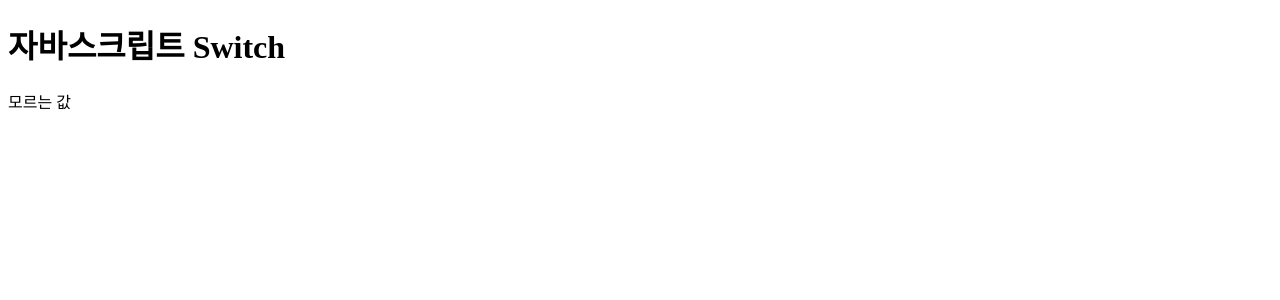
Repository: XenosJM/WEB_CODES
Page: Web03_JavaScript/src/main/webapp/WEB-INF/06_switch.html
These files come from the project's save history. The page is drawn as it stood at one moment and after the next save; the edit follows.
The browser window is 1280 px wide. The pictures show the whole page.

Above is the page before, as saved 2024-03-20 05:19:34.

### Web03_JavaScript/src/main/webapp/WEB-INF/06_switch.html
<!DOCTYPE html>
<html>
<head>
<meta charset="UTF-8">
<title>Switch</title>
</head>
<body>
	<h1>자바스크립트 Switch</h1>
	<div id="output"></div>

	<script type="text/javascript">
		// * 자바스크립트의 switch문 사용
		// - 자바스크립트는 숫자 타입을 정수/실수로 구분하지 않음
		// - 실수 타입도 switch-case 구문에서 사용할 수 있음
		// - 자바는 실수 타입을 switch-case 구문에서 사용할 수 없음
		let output = document.getElementById('output');

		let x = '2';
		// switch-case 문에서는 형 변황하여 비교하지 않음
		switch (x) {
		case 1:
			output.innerHTML += '하나<br>';
			break;
		case 2:
			output.innerHTML += '둘<br>';
			break;
		default:
			output.innerHTML += '모르는 값<br>';
			break;
		}
	</script>

</body>
</html>

After the next save:
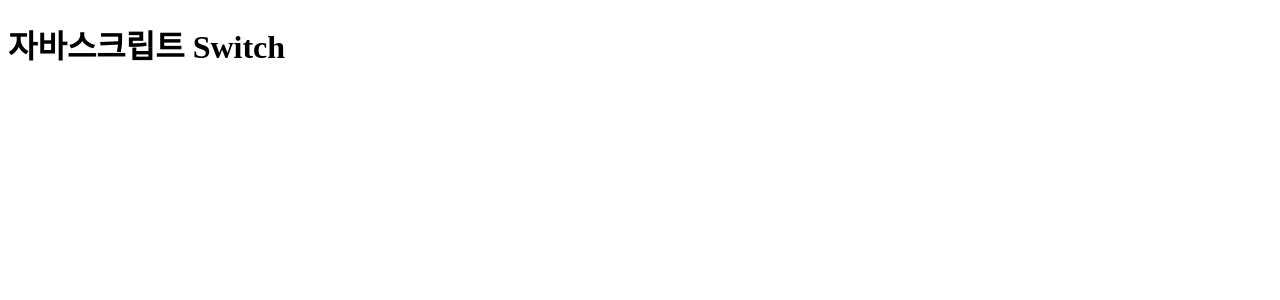
Console error: SyntaxError: Unexpected end of input
Saved 2 min 48 s later.
--- a/Web03_JavaScript/src/main/webapp/WEB-INF/06_switch.html
+++ b/Web03_JavaScript/src/main/webapp/WEB-INF/06_switch.html
@@ -17,6 +17,7 @@
 
 		let x = '2';
 		// switch-case 문에서는 형 변황하여 비교하지 않음
+		x = parseInt(x); // parseInt() : 숫자로 변경
 		switch (x) {
 		case 1:
 			output.innerHTML += '하나<br>';
@@ -28,7 +29,19 @@
 			output.innerHTML += '모르는 값<br>';
 			break;
 		}
+
+		let y = 1.1;
+		switch (x) {
+		case 1.0:
+			output.innerHTML += '1.0<br>';
+			break;
+		case 1.1:
+			output.innerHTML += '1.1<br>';
+			break;
+		default:
+			output.innerHTML += '모르는 값<br>';
+			break;
+
 	</script>
-
 </body>
 </html>
